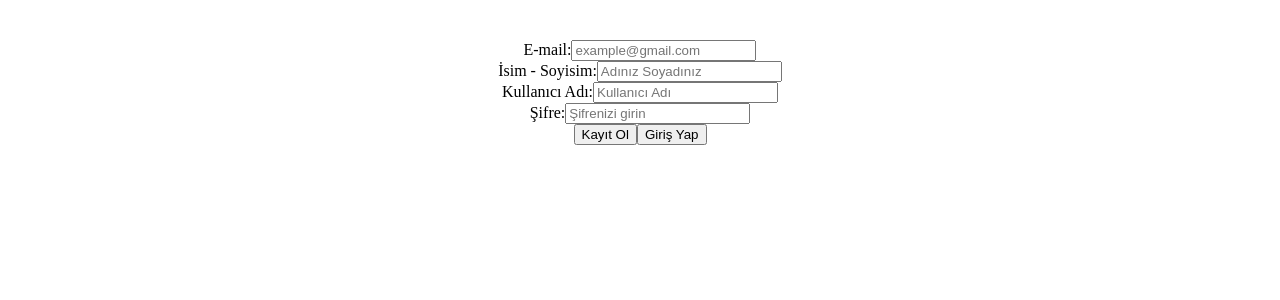
Repository: rumeyssaasya/TaskifyFrontendExample
Page: /
These files come from the project's save history. The page is drawn as it stood at one moment and after the next save; the edit follows.
The browser window is 1280 px wide. The pictures show the whole page.
The project was rebuilt for these pictures with package versions that can differ from the ones it lists, and the page was loaded fresh each time. Also part of the build but not shown: vite.config.ts, src/pages/Login/login.tsx, src/component/Navbar/navbar.tsx, src/component/CreateTask/createTask.tsx, src/component/ProjectList/projectList.tsx, src/component/CreateProject/createProject.tsx, src/component/TaskCard/taskCard.tsx, src/component/ProjectDetails/projectDetail.tsx and 4 more.

Above is the page before, as saved 2025-07-27 22:17:43.

### index.html
<!doctype html>
<html lang="en">
  <head>
    <meta charset="UTF-8" />
    <link rel="icon" type="image/svg+xml" href="" />
    <meta name="viewport" content="width=device-width, initial-scale=1.0" />
    <title>Taskify</title>
  </head>
  <body>
    <div id="root"></div>
    <script type="module" src="/src/main.tsx"></script>
  </body>
</html>

### src/index.css
:root {}

body {}

### src/App.tsx
import './App.css'
import { BrowserRouter, Route, Routes } from 'react-router-dom';
import LoginForm from './pages/Login/login';
import RegisterForm from './pages/Register/register';
import Projects from './pages/Projects/projects';
import ProtectedRoute from './api/ProtectedRoute';
import Tasks from './pages/Tasks/tasks';

function App() {
  return (
    <BrowserRouter>
      <Routes>
        <Route path="/" element={<RegisterForm />} />
         <Route path="/auth/login" element={<LoginForm/>} />
        <Route element={<ProtectedRoute />}>
          <Route path="/projects" element={<Projects />} />
          <Route path="/tasks" element={<Tasks />} />
        </Route>
      </Routes>
    </BrowserRouter>
  )
}

export default App

### src/App.css
#root {
  max-width: 1280px;
  margin: 0 auto;
  padding: 2rem;
  text-align: center;
}


@keyframes logo-spin {
  from {
    transform: rotate(0deg);
  }

  to {
    transform: rotate(360deg);
  }
}

### src/pages/Register/register.tsx
import React, { useState } from "react";
import api from "../../api/axios"
import { useNavigate } from "react-router-dom";


const RegisterForm = () => {
  const [email, setEmail] = useState("");
  const [fullName, setFullName] = useState("");
  const [username, setUsername] = useState("");
  const [password, setPassword] = useState("");
  const [error, setError] = useState<string | null>(null);
  const navigate = useNavigate();

  const handleSubmit = async (e: React.FormEvent<HTMLFormElement>) => {
    e.preventDefault();

    try {
      const response = await api.post("https://taskifybackendapi-production.up.railway.app/auth/register", {
        email,
        fullName,
        username,
        password,
      });

      const token = response.data.token;
      localStorage.setItem("token", token);
      navigate("/auth/login");
    } catch (err) {
      setError("Kayıt işlemi başarısız. Lütfen bilgileri kontrol edin.");
    }
  };

  return (
    <form onSubmit={handleSubmit}>
      <div>
        <label>E-mail:</label>
        <input
          type="email"
          placeholder="example@gmail.com"
          value={email}
          onChange={(e) => setEmail(e.target.value)}
          autoComplete="email"
          required
        />
      </div>

      <div>
        <label>İsim - Soyisim:</label>
        <input
          type="text"
          placeholder="Adınız Soyadınız"
          value={fullName}
          onChange={(e) => setFullName(e.target.value)}
          autoComplete="name"
          required
        />
      </div>

      <div>
        <label>Kullanıcı Adı:</label>
        <input
          type="text"
          placeholder="Kullanıcı Adı"
          value={username}
          onChange={(e) => setUsername(e.target.value)}
          autoComplete="username"
          required
        />
      </div>

      <div>
        <label>Şifre:</label>
        <input
          type="password"
          placeholder="Şifrenizi girin"
          value={password}
          onChange={(e) => setPassword(e.target.value)}
          autoComplete="new-password"
          required
        />
      </div>

      {error && <p style={{ color: "red" }}>{error}</p>}

      <button type="submit">Kayıt Ol</button>
       <button type="button" onClick={()=>navigate("/auth/login")}>Giriş Yap</button>
    </form>
  );
};

export default RegisterForm;

### src/api/axios.ts
import axios from 'axios';

// 1. Axios instance oluşturuyoruz, böylece tüm isteklerde aynı baseURL kullanılır
const api = axios.create({
  baseURL: 'https://taskifybackendapi-production.up.railway.app', // Backend adresin, kendi projenin URL'si
});

// 2. İstek gönderilmeden önce çalışacak interceptor ekliyoruz
api.interceptors.request.use(config => {
  // 3. localStorage'dan token'ı alıyoruz
  const token = localStorage.getItem('token');

  // 4. Eğer token varsa, istek header'ına ekliyoruz
  if (token!== null) {
    config.headers.Authorization = `Bearer ${token}`;
  }

  // 5. İsteği geri döndür, böylece axios devam edebilir
  return config;
}, error => {
  // 6. Hata varsa burada yakalayabiliriz
  return Promise.reject(error);
});

export default api;

Loaded but not shown: src/main.tsx (common file)

After the next save:
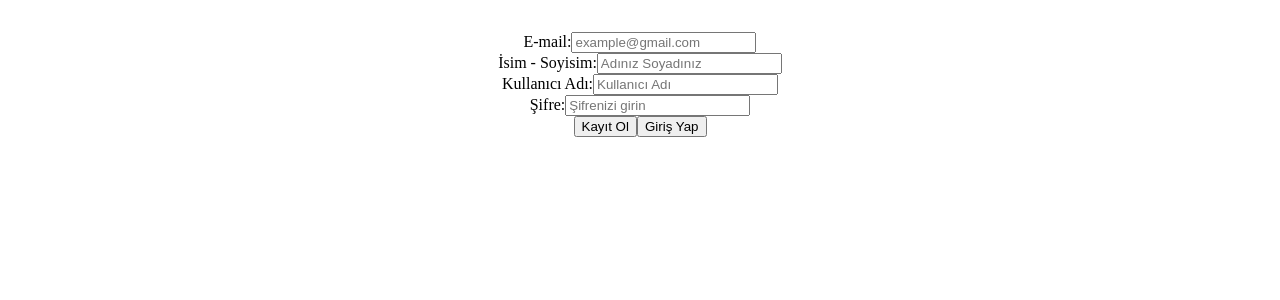
Saved 65 s later.
--- a/src/index.css
+++ b/src/index.css
@@ -1,3 +1,9 @@
-:root {}
+:root {
+    margin: 0px;
+    padding: 0px;
+}
 
-body {}
+body {
+    margin: 0px;
+    padding: 0px;
+}
